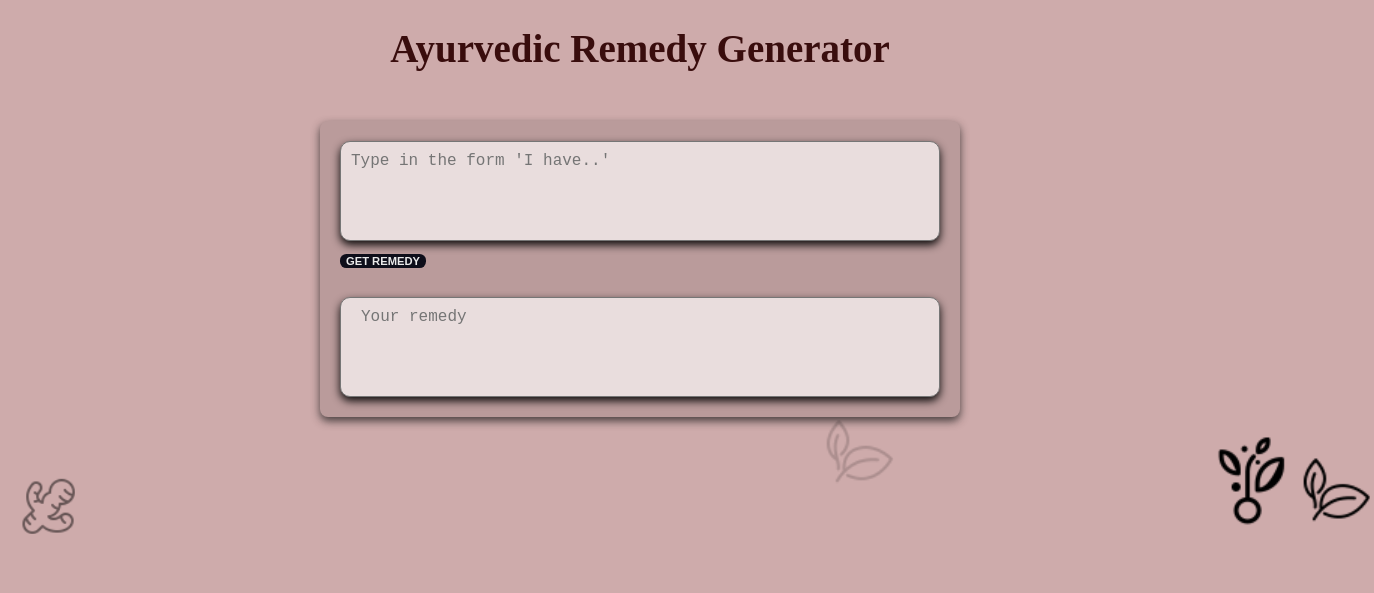
Repository: krutarthh/Ayurvedic-Remedy
Page: index.html
The author's editor kept a copy of each file at every save. The page is drawn from the files as they stood at one save, then again after the next save.
The browser window is 1280 px wide. The page is 1374 px wide, so the pictures cover 1374 px, including what lies to the right of the window. The pictures show the whole page.

Above is the page before, as saved 2024-04-10 15:34:06.

### index.html
<!DOCTYPE html>
<html>
<head>
  <script type="importmap">
    {
      "imports": {
        "@google/generative-ai": "https://esm.run/@google/generative-ai"
      }
    }
  </script>
</head>
<body>
  <h1 id="main_title">Ayurvedic Remedy Generator</h1>
  <div class="container">
    <link rel="stylesheet" href="app.css">
    <textarea id="user_input" placeholder="Type in the form 'I have..'" type="container"></textarea>
    <button id="Send" type="container">Get Remedy</button>
    <br><br>
    <textarea id="answer" placeholder="Your remedy" type="container"></textarea>


  </div>
  <div class="muzieknootjes">
      <div class="noot-1">
        <img src="images/icons8-ginger-50.png">
      </div>
      <div class="noot-2">
        <img src="images/icons8-ayurveda-64.png">
      </div>
      <div class="noot-3">
        <img src="images/icons8-herb-50.png">
      </div>
      <div class="noot-4">
        <img src="images/icons8-ayurveda-64.png">
        <img src="images/icons8-herb-50.png">
      </div>
    </div>
  <script type="module" src="app.js"></script>
</body>
</html>

### app.css
/* app.css */
body {
    background: #ceabab;
}
.container {

    max-width: 600px;
    margin: 50px auto;
    padding: 20px;
    background-color: #ba9b9b;;
    border-radius: 8px;
    box-shadow: 0 4px 8px rgba(62, 55, 55, 0.931);
}
#user_input {
    width: 100%;
    padding: 10px;
    font-size: 16px;
background-color: #e9dddd;
    border-radius: 10px; /* Add border-radius property with a value of 10px */
    box-sizing: border-box;
    resize: none;
    height: 100px;
    margin: 0 auto;
    display: block;
    box-shadow: 0 4px 8px rgba(0, 0, 0, 0.931);
}

#answer {
  width: 100%;
  padding: 10px;
  font-size: 16px;
background-color: #e9dddd;
  border-radius: 10px; /* Add border-radius property with a value of 10px */
  box-sizing: border-box;
  resize: none;
  height: 100px;
  margin: 0 auto;
  display: block;
  box-shadow: 0 4px 8px rgba(0, 0, 0, 0.931);
}

#user_input {
    margin-bottom: 10px;
}




#answer {
    padding-left: 20px;
    margin-top: 10px;
}

#main_title {
    text-align: center;
    font-size: 39px;
    color: #390d0d;
    margin-bottom: 20px;
}



.muzieknootjes {
    display: block;
    margin: auto;
    position: relative;
    width: 100%;
    min-width: 200px;
    height: 100px;
    border: 0px solid #947070;
  }

  .noot-1,
  .noot-2,
  .noot-3,
  .noot-4 {
    position: absolute;
    animation: notes 2s infinite linear;
    font-size: 1px;
    opacity: 1;
  }

  .noot-1 {
    top: 30px;
    left: 0;
    animation-delay: 0.5s;
  }

  .noot-2 {
    top: 30px;
    left: 30%;
    animation-delay: 1s;
  }

  .noot-3 {
    top: 30px;
    left: 60%;
    animation-delay: 1.5s;
  }

  .noot-4 {
    top: 30px;
    left: 90%;
    animation-delay: 2s;
  }

  @keyframes notes {
    0% {
      transform: scale(1) translate(0, 0);
      opacity: 0;
    }
    50% {
      opacity: 1;
      transform: scale(1.5) translate(50%, -50%);
    }
    80% {
      opacity: 0;
      transform: scale(1.5) translate(100%, -100%);
    }
    100% {
      transform: scale(1.5) translate(100%, -100%);
      opacity: 0;
    }
  }





  #Send {
    font-size: 0.7rem; /* Decrease the font size to make the button smaller */
    padding: 0.rem 2rem; /* Adjust the padding to make the button smaller */
    border: none;
    outline: none;
    border-radius: 0.4rem;
    cursor: pointer;
    text-transform: uppercase;
    background-color: rgb(14, 14, 26);
    color: rgb(234, 234, 234);
    font-weight: 700;
    transition: 0.6s;


  }

  #Send:active {
    scale: 0.92;
  }

  #Send:hover {
    background: rgb(2,29,78);
    background: linear-gradient(270deg, rgba(2, 29, 78, 0.681) 0%, rgba(31, 215, 232, 0.873) 60%);
    color: rgb(4, 4, 38);
  }

### app.js
import { GoogleGenerativeAI } from "@google/generative-ai";

// api call to get the model
const API_KEY = "AIzaSyDBtZZsASIYVyQiLgik32sfZeJjd2X8IPQ";


const genAI = new GoogleGenerativeAI(API_KEY);

const model = genAI.getGenerativeModel({ model: "gemini-pro" });

// fetchign the elements
const user_input = document.getElementById("user_input");
const answer_area = document.getElementById("answer");
const send_button = document.getElementById("Send");
// redirect from enter action to the clicking the button.
user_input.addEventListener("keyup", (event) => {
    if (event.key === "Enter") {
        send_button.click();
    }
});

// on click event to get the answer from the model
send_button.addEventListener("click", async () => {
    const question = user_input.value;
    const answer = await generateText(question + "give me a ayurvedic remedy, the answer should be short and specific, behave like a chatbot.");

    const filtered_answer = answer.replace(/\*/g, '');
    const typingSpeed = 28;
    const answerText = filtered_answer;
    let index = 0;
    function typeAnswer() {
        if (index < answerText.length) {
            answer_area.textContent += answerText.charAt(index);
            index++;
            setTimeout(typeAnswer, typingSpeed);
        }
    }

    typeAnswer();
});

// function to get the answer from the model
async function generateText(prompt) {

    const result = await model.generateContent(prompt);
    const response = await result.response;
    const text = await response.text();
    return text;
}

After the next save:
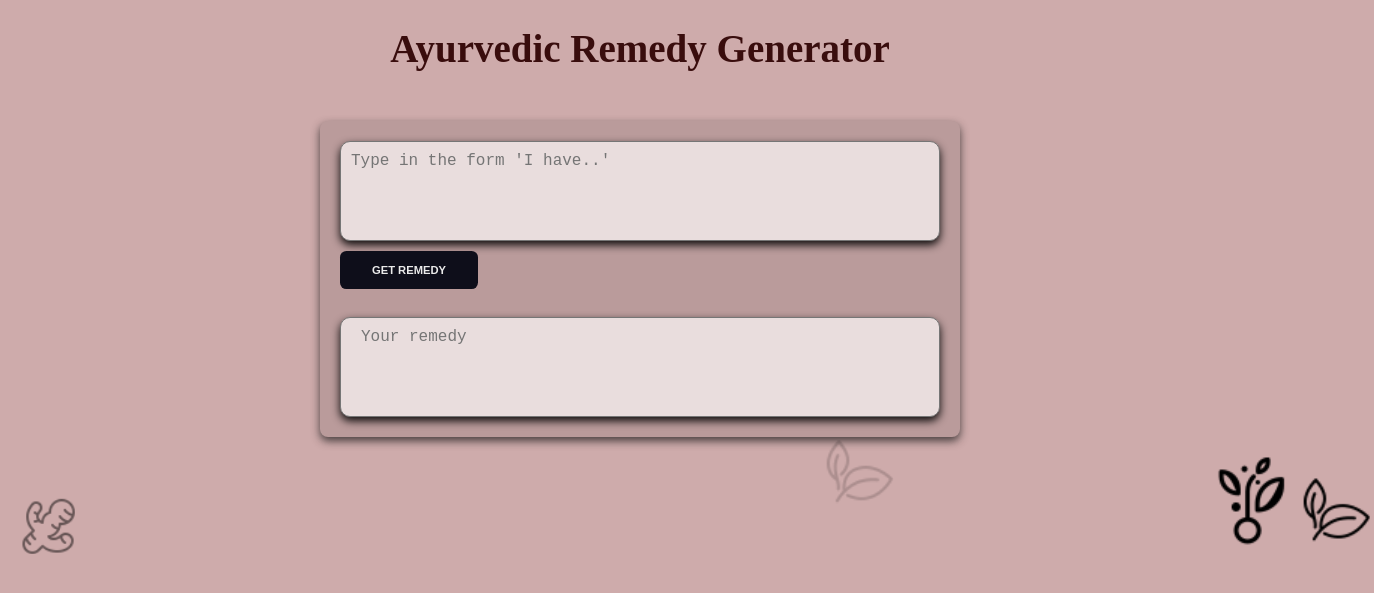
Saved 5 s later.
--- a/app.css
+++ b/app.css
@@ -129,7 +129,7 @@ background-color: #e9dddd;
 
   #Send {
     font-size: 0.7rem; /* Decrease the font size to make the button smaller */
-    padding: 0.rem 2rem; /* Adjust the padding to make the button smaller */
+    padding: 0.8rem 2rem; /* Adjust the padding to make the button smaller */
     border: none;
     outline: none;
     border-radius: 0.4rem;
